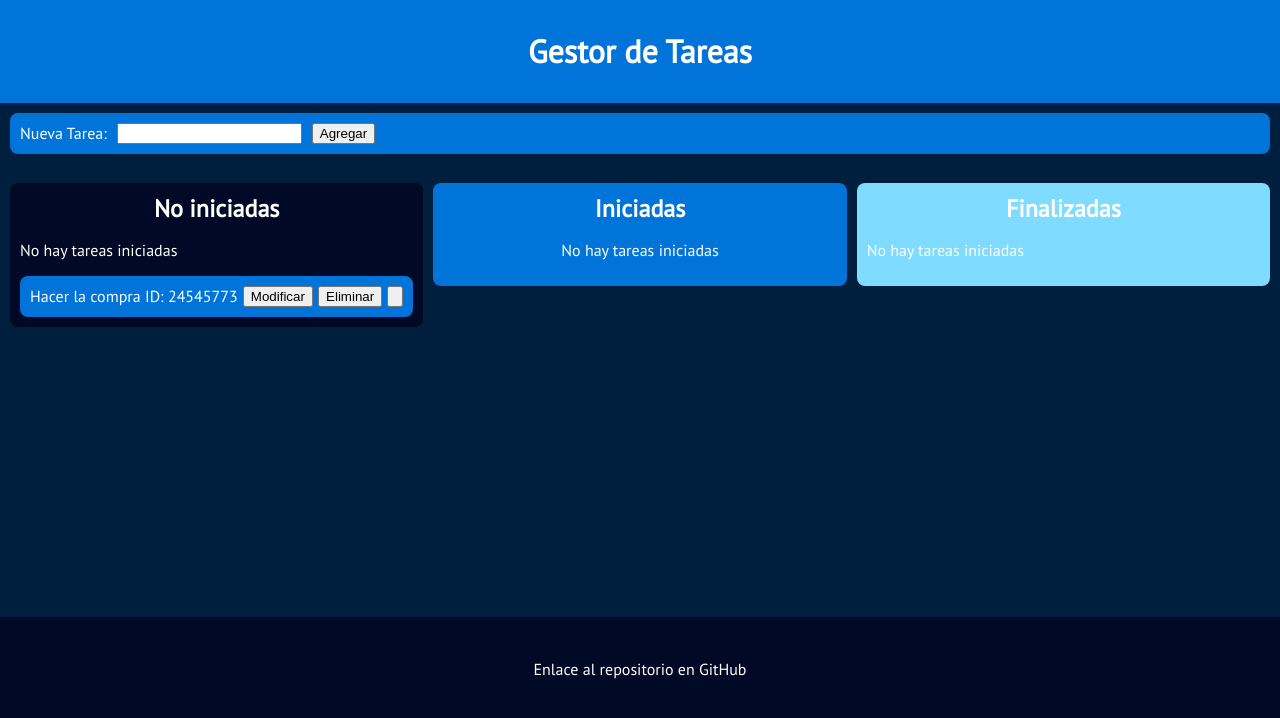
Repository: alvarobarasona/DAW_2
Page: PROYECTO_DWEC_DIW_GESTOR_TAREAS/views/index.html
These files come from the project's save history. The page is drawn as it stood at one moment and after the next save; the edit follows.
The browser window is 1280 px wide. The pictures show the whole page.
The style sheet was rebuilt from its Sass, Less or Tailwind sources for each picture, by a compiler version that may differ from the author's.

Above is the page before, as saved 2024-01-25 19:34:50.

After the next save:
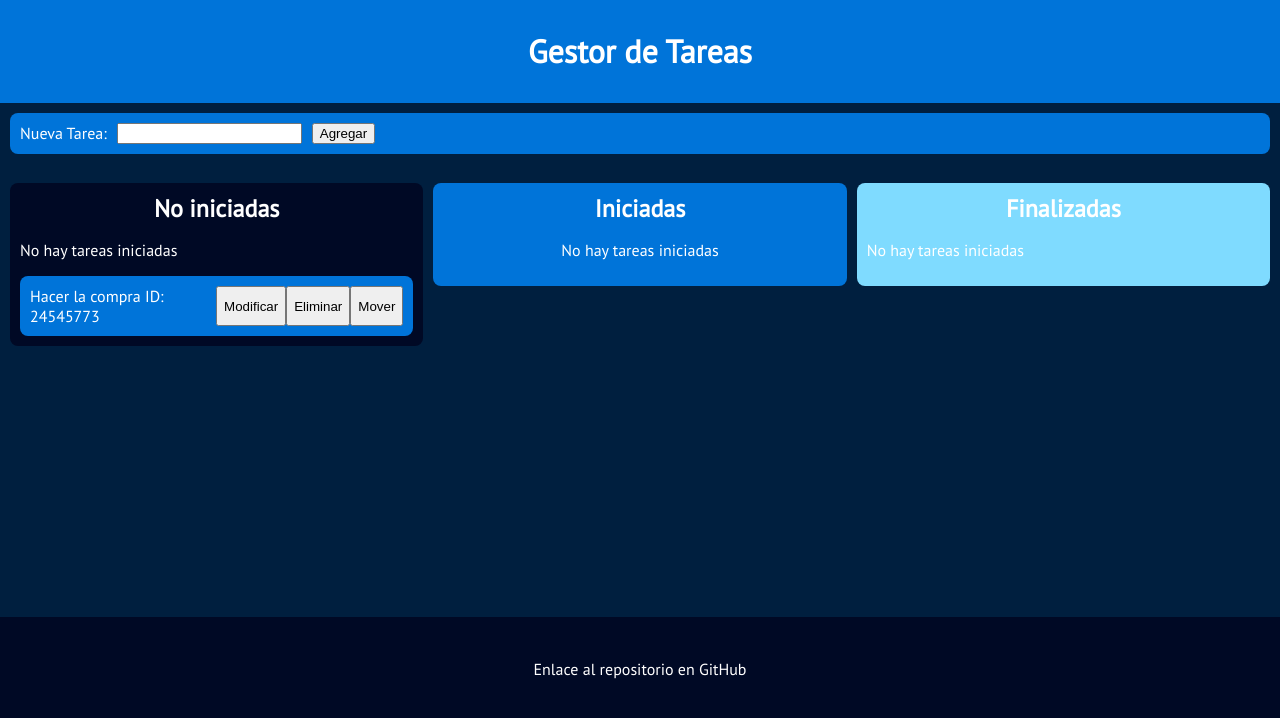
Saved 5 s later.
--- a/PROYECTO_DWEC_DIW_GESTOR_TAREAS/views/index.html
+++ b/PROYECTO_DWEC_DIW_GESTOR_TAREAS/views/index.html
@@ -30,7 +30,7 @@
                             </div>
                             <button id="modify-task-button">Modificar</button>
                             <button>Eliminar</button>
-                            <button></button>
+                            <button>Mover</button>
                         </div>
                     </div>
                 </div>
